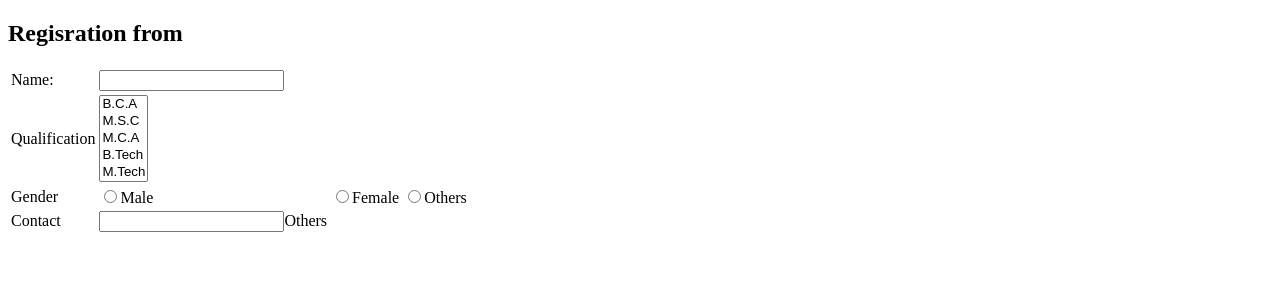
Repository: veeresh-kc/Servlet-Projects
Page: Servelet-Project-Demo2/src/main/webapp/html/index.html
These files come from the project's save history. The page is drawn as it stood at one moment and after the next save; the edit follows.
The browser window is 1280 px wide. The pictures show the whole page.

Above is the page before, as saved 2025-10-28 04:14:44.

After the next save:
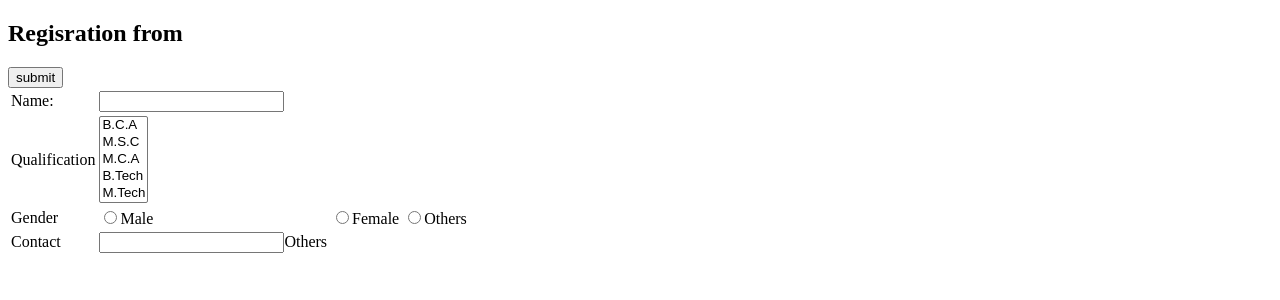
Saved 9 h 54 min later.
--- a/Servelet-Project-Demo2/src/main/webapp/html/index.html
+++ b/Servelet-Project-Demo2/src/main/webapp/html/index.html
@@ -32,6 +32,7 @@
 	<td>Contact</td>
 	<td><input type="text" name="contact">Others</td>
 	</tr>
+	<button>submit</button>
 </table>
 </form>
 </body>
